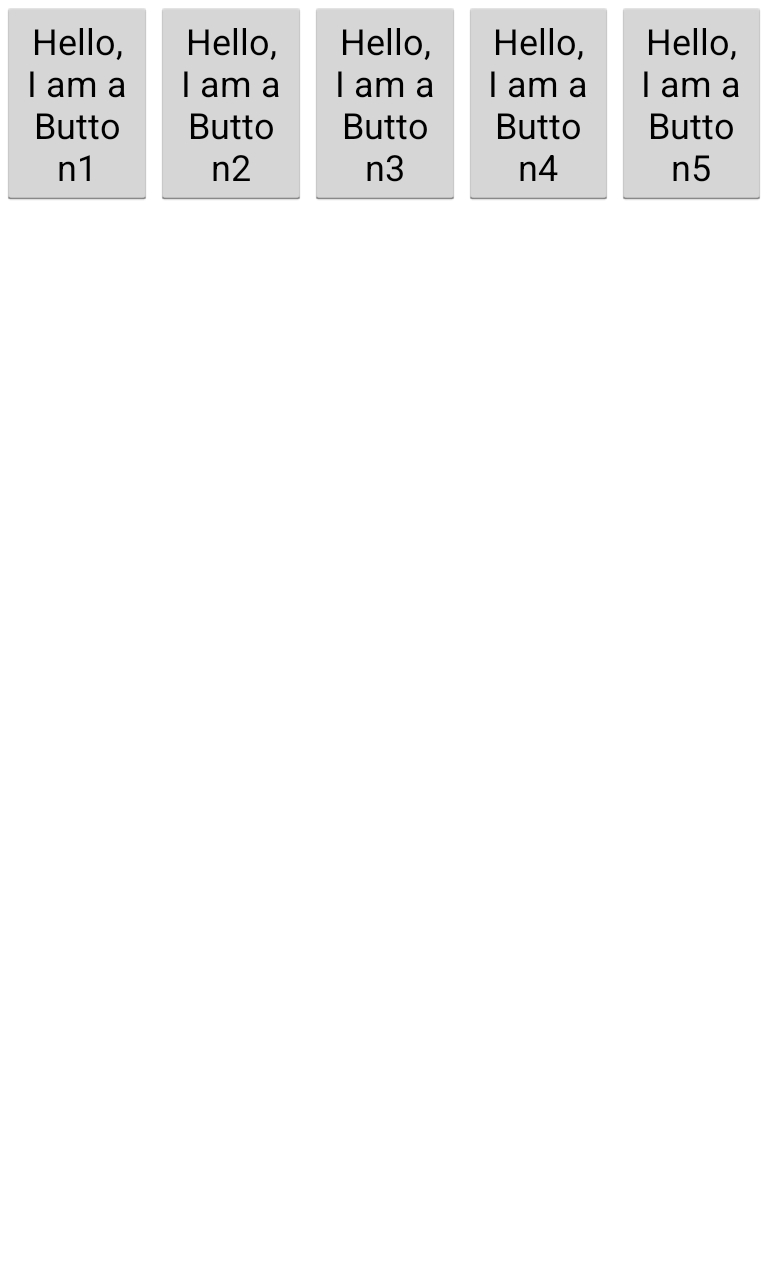
Repository: Free-Mind/eclipes
Layout: World/res/layout/activity_main.xml
An editor plug-in stored every save of this project. The layout is shown before and after the next save, followed by the edit.
It is drawn on a 768 x 1280 px phone screen (xhdpi) without system bars, with theme AppTheme; the app's code is not run.

Above is the layout before, as saved 2015-04-17 17:34:16.

### World/res/layout/activity_main.xml
<LinearLayout xmlns:android="http://schemas.android.com/apk/res/android"
              android:layout_width="fill_parent"
              android:layout_height="fill_parent"
              android:orientation="horizontal"><!-- have an eye on ! -->
    <Button android:id="@+id/button1"
            android:layout_width="wrap_content"
            android:layout_height="wrap_content"
            android:text="Hello, I am a Button1"
            android:layout_weight="1"
            />
    <Button android:id="@+id/button2"
    android:layout_width="wrap_content"
    android:layout_height="wrap_content"
    android:text="Hello, I am a Button2"
    android:layout_weight="1"
    />
    <Button android:id="@+id/button3"
    android:layout_width="wrap_content"
    android:layout_height="wrap_content"
    android:text="Hello, I am a Button3"
    android:layout_weight="1"
    />
    <Button android:id="@+id/button4"
    android:layout_width="wrap_content"
    android:layout_height="wrap_content"
    android:text="Hello, I am a Button4"
    android:layout_weight="1"
    />
    <Button android:id="@+id/button5"
    android:layout_width="wrap_content"
    android:layout_height="wrap_content"
    android:text="Hello, I am a Button5"
    android:layout_weight="1"
    />
</LinearLayout>

Loaded but not shown: World/res/values/styles.xml (common file); World/res/values-v11/styles.xml (common file); World/res/values-v14/styles.xml (common file)

After the next save:
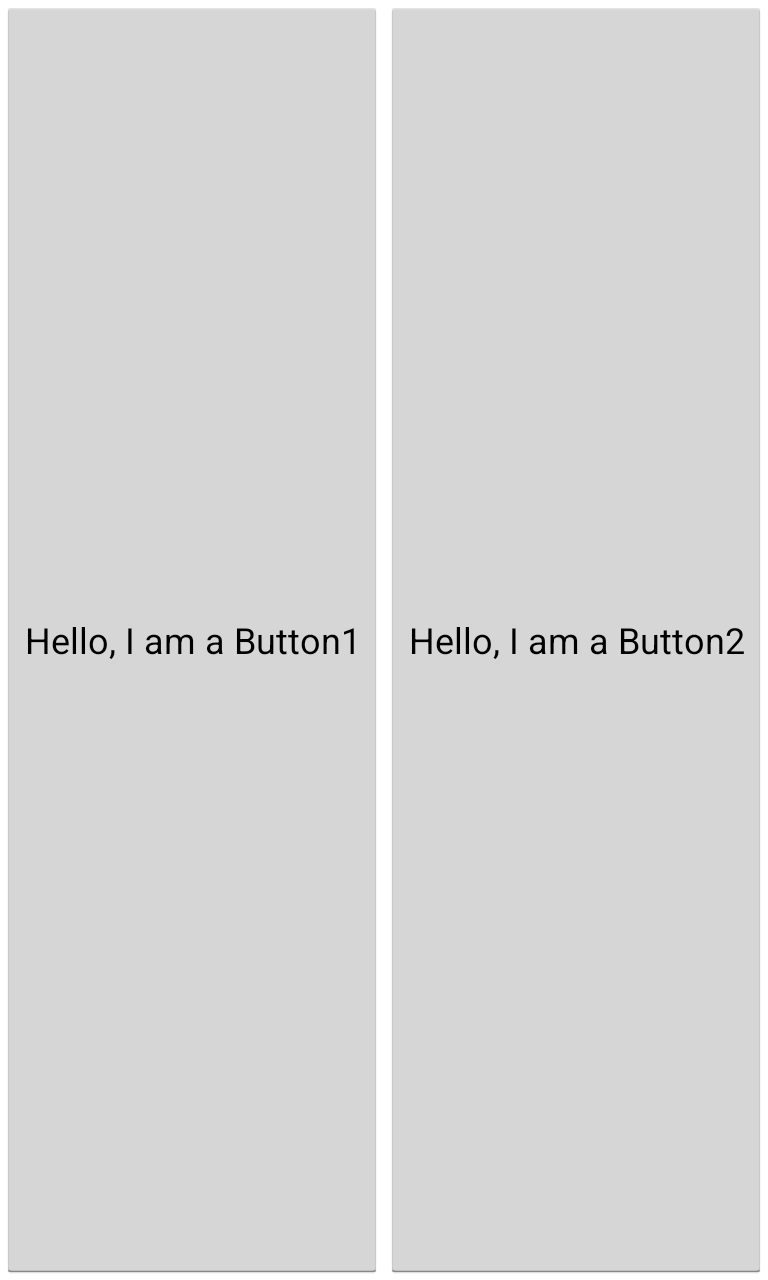
Saved 69 s later.
--- a/World/res/layout/activity_main.xml
+++ b/World/res/layout/activity_main.xml
@@ -3,14 +3,14 @@
               android:layout_height="fill_parent"
               android:orientation="horizontal"><!-- have an eye on ! -->
     <Button android:id="@+id/button1"
-            android:layout_width="wrap_content"
-            android:layout_height="wrap_content"
+           android:layout_width="fill_parent"
+              android:layout_height="fill_parent"
             android:text="Hello, I am a Button1"
             android:layout_weight="1"
             />
     <Button android:id="@+id/button2"
-    android:layout_width="wrap_content"
-    android:layout_height="wrap_content"
+    android:layout_width="fill_parent"
+              android:layout_height="fill_parent"
     android:text="Hello, I am a Button2"
     android:layout_weight="1"
     />

After the save that followed:
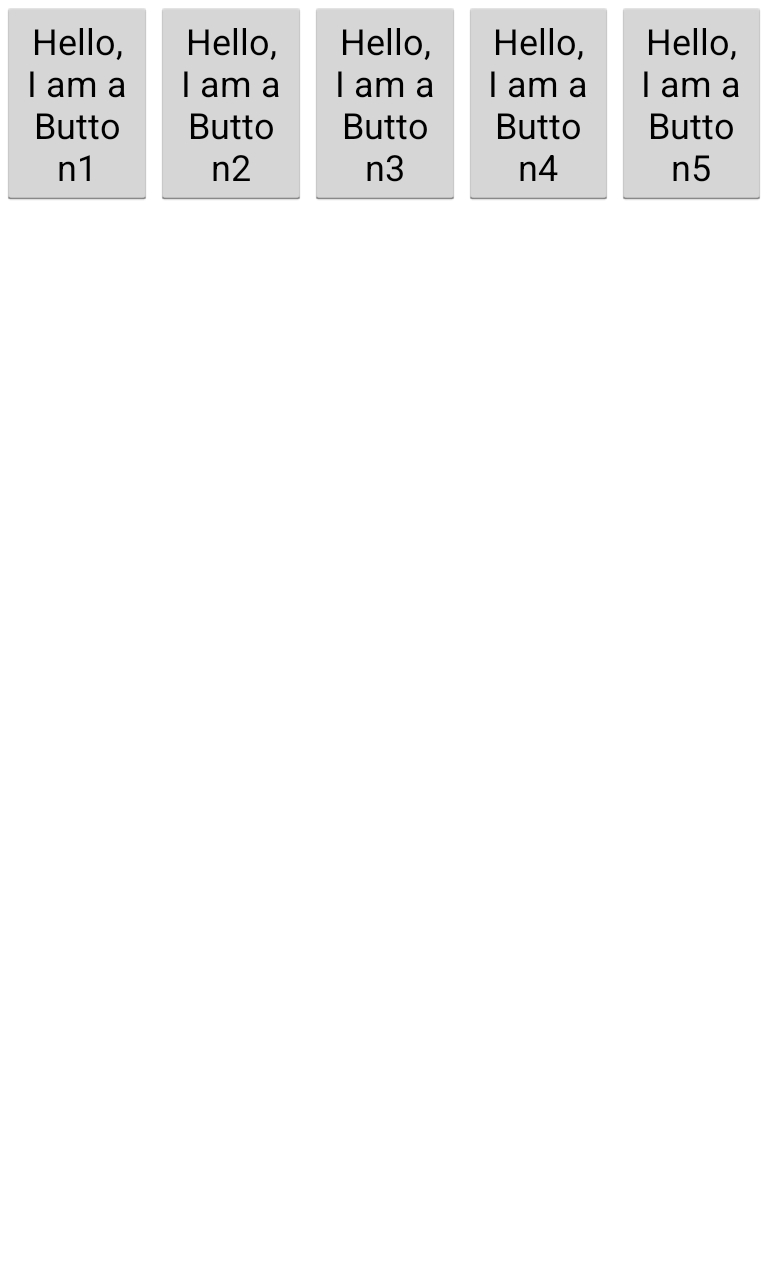
Saved 31 s later.
--- a/World/res/layout/activity_main.xml
+++ b/World/res/layout/activity_main.xml
@@ -3,14 +3,14 @@
               android:layout_height="fill_parent"
               android:orientation="horizontal"><!-- have an eye on ! -->
     <Button android:id="@+id/button1"
-           android:layout_width="fill_parent"
-              android:layout_height="fill_parent"
+            android:layout_width="wrap_content"
+            android:layout_height="wrap_content"
             android:text="Hello, I am a Button1"
             android:layout_weight="1"
             />
     <Button android:id="@+id/button2"
-    android:layout_width="fill_parent"
-              android:layout_height="fill_parent"
+    android:layout_width="wrap_content"
+    android:layout_height="wrap_content"
     android:text="Hello, I am a Button2"
     android:layout_weight="1"
     />
